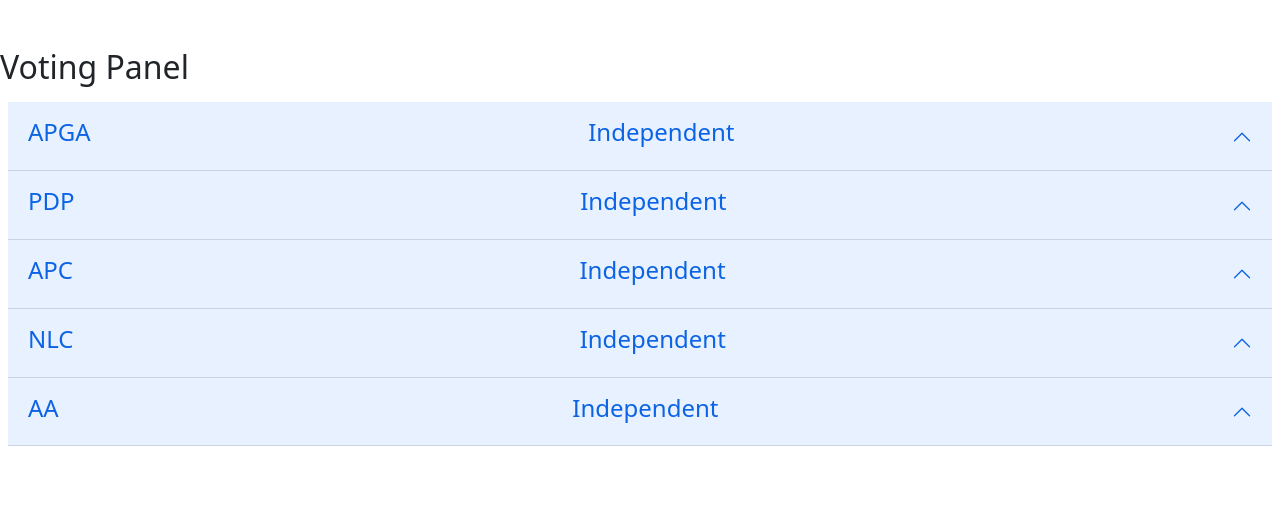
Repository: DavidManiIbrahim/Voting-app
Page: panel.html
An editor plug-in stored every save of this project. The page is shown before and after the next save, followed by the edit.
The browser window is 1280 px wide. The pictures show the whole page.

Above is the page before, as saved 2025-01-20 06:26:33.

### panel.html
<!DOCTYPE html>
<html lang="en">

<head>
    <meta charset="UTF-8">
    <meta name="viewport" content="width=device-width, initial-scale=1.0">
    <title>Voting Panel</title>
    <link rel="stylesheet" href="./bootstrap.css">
</head>

<body>

    <h2 class=" mt-5">Voting Panel</h2>

    <div class="container-fluid p-2  ">
        <!-- accordion one -->
        <button class="accordion-button" data-bs-toggle="collapse" data-bs-target="#accord">
            <h4 class="accor">APGA</h4>
            <img src="" alt="">

            <h4 class="ms-auto">Independent</h4>
            <img src="" alt="">
        </button>

        <ul class="collapse list-unstyled" id="accord">
            <p>
                <span class="fw-bold">Name:</span>
                Abubakar
            </p>
            <p>
            <p>
                <span class="fw-bold">Age:</span>
                30
            </p>
            <p>
                <span class="fw-bold">Education:</span>
                University Of Abuja
            </p>
            <p>
                <span class="fw-bold">Party:</span>
                University Of Abuja
            </p>
        </ul>

        <!-- accordion two -->
        <button class="accordion-button" data-bs-toggle="collapse" data-bs-target="#accord1">
            <h4 class="accor">PDP</h4>
            <img src="" alt="">

            <h4 class="ms-auto">Independent</h4>
            <img src="" alt="">
        </button>

        <ul class="collapse list-unstyled" id="accord1">
            <p>
                <span class="fw-bold">Name:</span>
                Abubakar
            </p>
            <p>
            <p>
                <span class="fw-bold">Age:</span>
                30
            </p>
            <p>
                <span class="fw-bold">Education:</span>
                University Of Abuja
            </p>
            <p>
                <span class="fw-bold">Party:</span>
                University Of Abuja
            </p>
        </ul>

        <!-- accordion three -->
        <button class="accordion-button" data-bs-toggle="collapse" data-bs-target="#accord2">
            <h4 class="accor">APC</h4>
            <img src="" alt="">

            <h4 class="ms-auto">Independent</h4>
            <img src="" alt="">
        </button>
            <ul class="collapse list-unstyled" id="accord2">
                <p>
                    <span class="fw-bold">Name:</span>
                    Abubakar
                </p>
                <p>
                <p>
                    <span class="fw-bold">Age:</span>
                    30
                </p>
                <p>
                    <span class="fw-bold">Education:</span>
                    University Of Abuja
                </p>
                <p>
                    <span class="fw-bold">Party:</span>
                    University Of Abuja
                </p>
        </ul>

        <!-- accordion four -->
        <button class="accordion-button" data-bs-toggle="collapse" data-bs-target="#accord3">
            <h4 class="accor">NLC</h4>
            <img src="" alt="">

            <h4 class="ms-auto">Independent</h4>
            <img src="" alt="">
        </button>

        <ul class="collapse list-unstyled" id="accord3">
            <p>
                <span class="fw-bold">Name:</span>
                Abubakar
            </p>
            <p>
            <p>
                <span class="fw-bold">Age:</span>
                30
            </p>
            <p>
                <span class="fw-bold">Education:</span>
                University Of Abuja
            </p>
            <p>
                <span class="fw-bold">Party:</span>
                Nigeria Labour Congress
            </p>
        </ul>

        <!-- accordion five -->
        <button class="accordion-button" data-bs-toggle="collapse" data-bs-target="#accord4">
            <h4 class="accor">AA</h4>
            <img src="" alt="">

            <h4 class="ms-auto">Independent</h4>
            <img src="" alt="">
        </button>

        <ul class="collapse list-unstyled" id="accord4">
            <p>
                <span class="fw-bold">Name:</span>
                Abubakar
            </p>
            <p>
            <p>
                <span class="fw-bold">Age:</span>
                30
            </p>
            <p>
                <span class="fw-bold">Education:</span>
                University Of Abuja
            </p>
            <p>
                <span class="fw-bold">Party:</span>
                Action Alliance
            </p>

        </ul>

    </div>








    <script src="./bootstrap.min.js"></script>
</body>

</html>

Loaded but not shown: bootstrap.css (library); bootstrap.min.js (library)

After the next save:
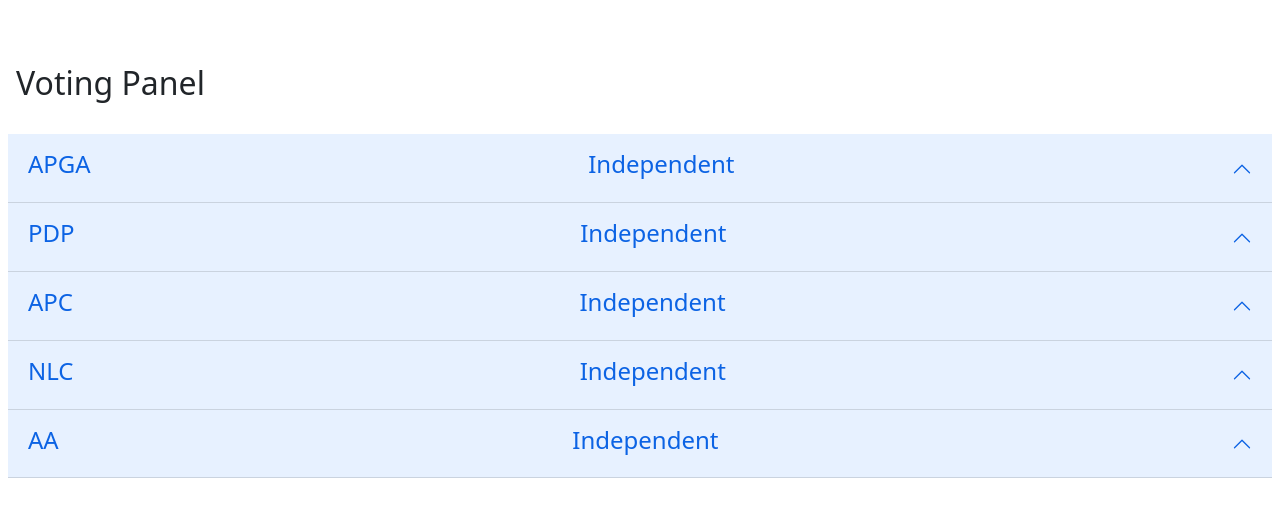
Saved 5 s later.
--- a/panel.html
+++ b/panel.html
@@ -10,7 +10,7 @@
 
 <body>
 
-    <h2 class=" mt-5">Voting Panel</h2>
+    <h2 class="p-3 mt-5">Voting Panel</h2>
 
     <div class="container-fluid p-2  ">
         <!-- accordion one -->

After the 2 saves that followed:
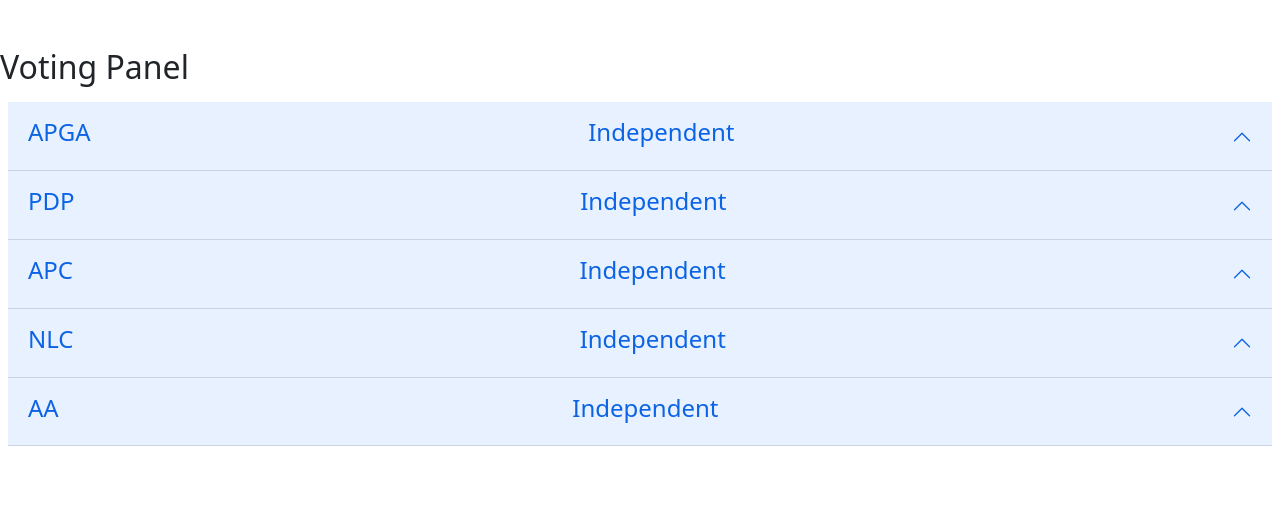
The 2 saves are shown as one change because they came seconds apart.
The last was saved 11 s later.
--- a/panel.html
+++ b/panel.html
@@ -10,7 +10,7 @@
 
 <body>
 
-    <h2 class="p-3 mt-5">Voting Panel</h2>
+    <h2 class=" mt-5">Voting Panel</h2>
 
     <div class="container-fluid p-2  ">
         <!-- accordion one -->
